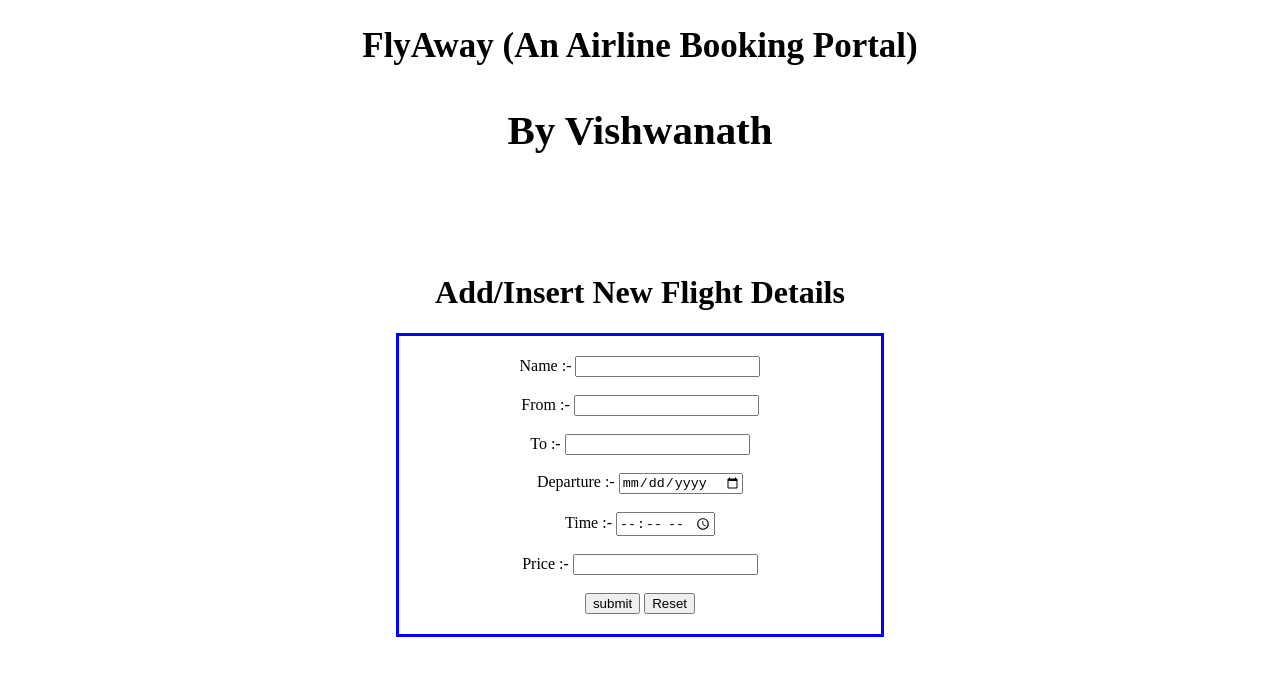
Repository: Vishu4401/FlyAway-An-Airline-Booking-Portal-
Page: http://localhost/FlyAway-An-Airline-Booking-Portal/AdminHome.jsp
The author's editor kept a copy of each file at every save. The page is drawn from the files as they stood at one save, then again after the next save.
The browser window is 1280 px wide. The pictures show the whole page.
The page is served by Tomcat 9. Other server files are loaded and not shown.

Above is the page before, as saved 2022-08-24 04:16:45.

### FlyAway-An-Airline-Booking-Portal/src/main/webapp/AdminHome.jsp
<%@ page language="java" contentType="text/html; charset=ISO-8859-1"
    pageEncoding="ISO-8859-1"%>
<!DOCTYPE html>
<html>
<head>
<meta charset="ISO-8859-1">
<title>Admin Home Page</title>
</head>
<body >
<br>
<a href="HomeScreen.jsp" style="color:black;text-decoration:none ;font-size:35px;font-weight:bold;">
<center>FlyAway (An Airline Booking Portal)
<h3>By Vishwanath</h3>
</center></a>
<br><br>
<center>
<h1>Add/Insert New Flight Details</h1>

<div style="border:3px solid blue;width:35%;padding:20px" align="center">
<form action="BookFlight.jsp" method=post>
	<label for=name>Name :-</label> <input type="text" name=name id=name required /><br><br>
	<label for=from>From :-</label> <input type="text" name=from id=from required/><br><br>
	<label for=to>To :-</label> <input type="text" name=to id=to required /><br><br>
	<label for=departure>Departure :-</label> <input type="date" name=departure id=departure required/><br><br>
	<label for=time>Time :-</label> <input type="time" name=time id=time required /><br><br>
	<label for=price>Price :-</label> <input type="text" name=price id=price required /><br><br>
	<input type="submit" value=submit /> <input type=reset />
</form>
</div>
</center>
<%
	String message=(String)session.getAttribute("message");
	if(message!=null){
%>
<p style="color:silver;"><%=message %></p>
<%
		session.setAttribute("message", null);
	}
%>
</body>
</html>

After the next save:
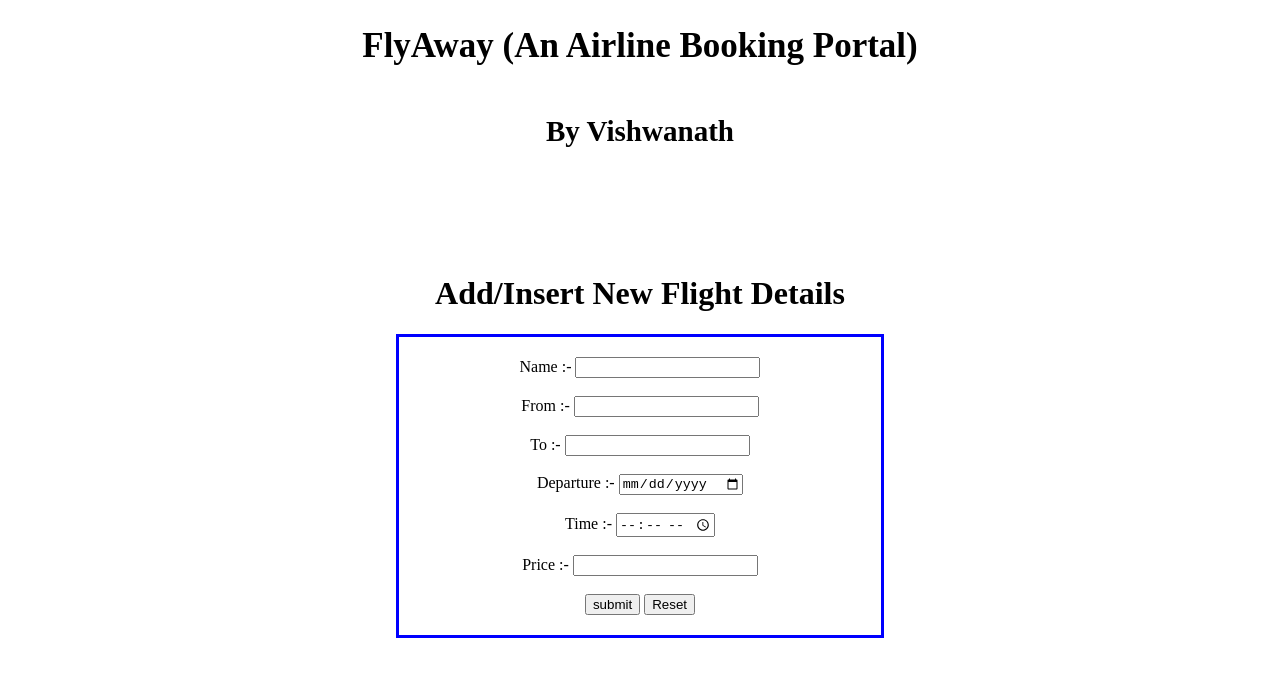
Saved 9 s later.
--- a/FlyAway-An-Airline-Booking-Portal/src/main/webapp/AdminHome.jsp
+++ b/FlyAway-An-Airline-Booking-Portal/src/main/webapp/AdminHome.jsp
@@ -10,7 +10,7 @@
 <br>
 <a href="HomeScreen.jsp" style="color:black;text-decoration:none ;font-size:35px;font-weight:bold;">
 <center>FlyAway (An Airline Booking Portal)
-<h3>By Vishwanath</h3>
+<h5>By Vishwanath</h5>
 </center></a>
 <br><br>
 <center>
